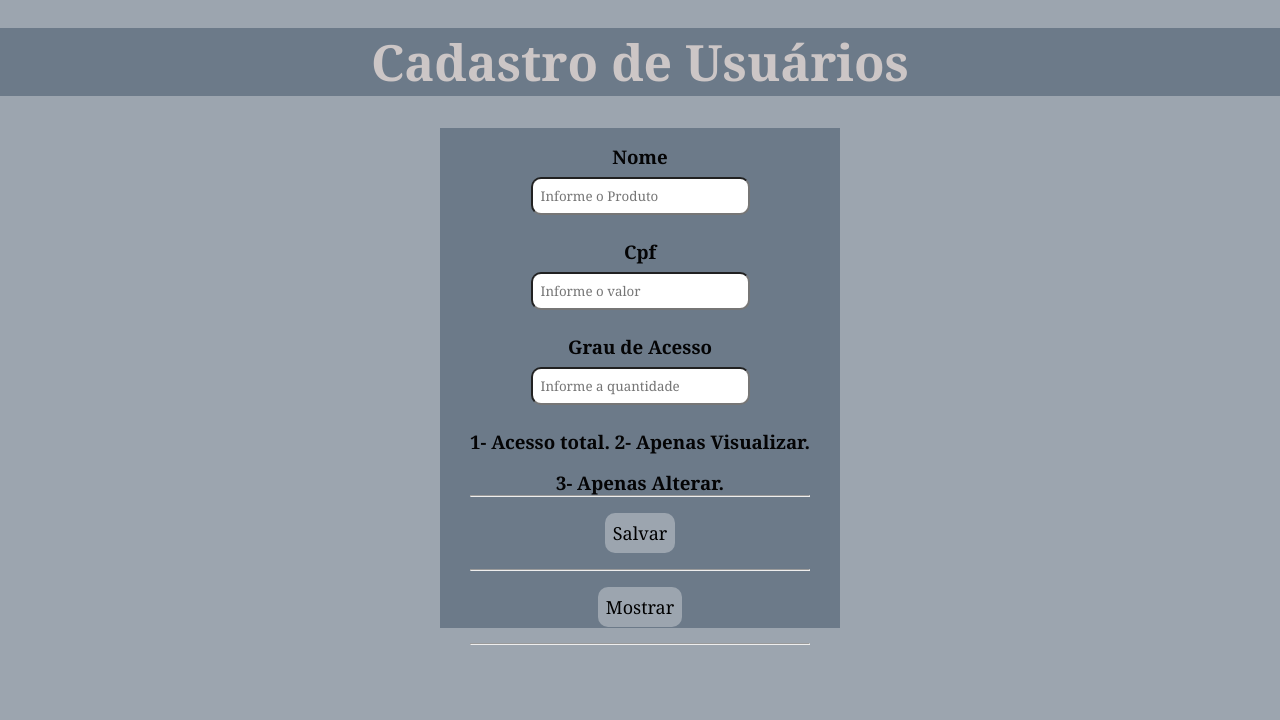
Repository: ArthurKJun/ProjetoCantinaEclipse
Page: http://localhost/arsan/cadastroUsuario.jsp
The author's editor kept a copy of each file at every save. The page is drawn from the files as they stood at one save, then again after the next save.
The browser window is 1280 px wide. The pictures show the whole page.
The page is served by Tomcat 9. Other server files are loaded and not shown.

Above is the page before, as saved 2023-11-03 21:37:08.

### arsan/src/main/webapp/cadastroUsuario.jsp
<%@ page language="java" contentType="text/html; charset=ISO-8859-1"
	pageEncoding="ISO-8859-1"%>
<!DOCTYPE html>
<html>
<head>

<meta charset="ISO-8859-1">

<link rel="stylesheet" href="./Estilos/style.css">

<title>Cadastro de Usuários</title>

</head>
<body>

	<div class="container-geral-4">

		<h1>Cadastro de Usuários</h1>

		<div class="container-porta-cards-cad">



			<div class="inputs-cadastro">

				<form action="gravarProduto.jsp?editar=no" method="POST">

					<h3>Nome</h3>
					<input type="text" id="nome" name="nome"
						placeholder="Informe o Produto">
					<h3>Cpf</h3>
					<input type="text" id="preco" name="preco"
						placeholder="Informe o valor">
					<h3>Grau de Acesso</h3>
					<input type="number" id="quant" name="quantidade"
						placeholder="Informe a quantidade">

					<h3>1- Acesso total.  2- Apenas Visualizar.</h3>
					<h3>3- Apenas Alterar.</h3>
					<hr>
					<button onclick="Validar()">Salvar</button>
					<hr>
				</form>

				<input
						style="padding: 0.5rem; margin: 1rem; font-size: large; background-color: #9ca5af; border: none; border-radius: 10px;"
						type="button"
						onclick="document.location.href='<%="showProduto.jsp"%>'"
						value="Mostrar">

				<hr>
			</div>

		</div>

	</div>

	<script>

    function validar(){
    	event.preventDefault();

    	let nome = document.getElementById('nome')
    	if(nome.value == ''){
    		alert('Informe nome')
    		nome.focus()
    		return
    	}

    	let preco = document.getElementById('preco')
    	if(preco.value == ''){
    		alert('Informe valor do produto')
    		preco.focus()
    		return
    	}

    	let  quantidade = document.getElementById('quantidade')
    	if(quantidade.value == ''){
    		alert('Informe quantidade')
    		quantidade.focus()
    		return
    	}


    	document.getElementsByTagName('form')[0].submit()
    }

    </script>

</body>
</html>

### arsan/src/main/webapp/Estilos/style.css
*{
    margin: 0;
    padding: 0;
    box-sizing: border-box;
    font-family: Georgia;

}

body{
    display: flex;
    flex-wrap: wrap;
}

.container-geral{

    width: 100vw;
    height: 100vh;
    background: #6c7a89;
    display: flex;
    flex-direction: row;
    justify-content: center;
    align-items: center;

}
.logo-container{

    display: flex;
    position: absolute;
    top: 40%;
    flex-direction: column;
}

.logo-container img{
    padding: 1rem;
    border-radius: 50%;
    height: 400px;
}

#form-container{
    display: flex;
    position: absolute;
    flex-direction: column;
    flex-wrap: wrap;
    top: 5%;
}

#register-form{

    border: 2px solid white;
    padding: .7rem;
    align-items: center;
    display: flex;
    flex-direction: column;
    font-size: larger;
}

#register-form h3{
    margin-bottom: 20px;
}

#register-form input{

    padding: 0.8rem 0.6rem;
    border: none;
    border-radius: 5px;
    margin-bottom: 10px;
}

#register-form input[type="submit"]{
    background-color: transparent;
    color: #fff;
    border: 2px solid #fff;
    font-size: 1.1rem;
    font-weight: bold;
    cursor: pointer;
    transition: .4s;
}

#register-form input[type="submit"]:hover{
    background-color: #fff;
    color: black;
}

/*---------------------------------------------------------*/
/* tela de entrada */

h1{
    background-color: #6c7a89;
    width: 100%;
    text-align: center;
    font-size: 50px;
    color: rgb(204, 198, 198);
}

.container-porta-cards{

    background-color: #475061;
    display: flex;
    width: 535px;
    height: 550px;
    border: 2px solid white;
    flex-wrap: wrap;
    align-items: center;
    padding: 1rem;
    margin-top: 2rem;

}

.card{

    background-color: #9ca5af;
    display: flex;
    padding: .5rem;
    margin: .5rem;
    width: 150px;
    height: 150px;
    border: 2px solid white;
    flex-direction: column;
    text-align: center;
    align-items: center;
    transition: .4s;

}

.container-porta-cards-2 :active{
    background-color: aqua;
}



.container-porta-cards :hover{

    background-color: #6c7a89;
    cursor: pointer;
}

.card img{

    margin-top: 10px;
    width: 100px;
    height: 100px;
    border-radius: 20%;
    transition: .4s;
}

#venda{

    width: 480px;
    height: 150px;
}

.container-geral-entrada{

    width: 100vw;
    height: calc(100vh + 200px);
    background: #9ca5af;
    display: flex;
    flex-direction: row;
    justify-content: center;


}

/* area de vendas */

.container-porta-cards-2{

    flex: 1.4;
    background-color: #475061;
    border: 2px solid white;
    flex-wrap: wrap;
    align-items: center;
    padding: 1rem;
    display: flex;
}

.container-porta-cards-2 :hover{

    background-color: #6c7a89;
    cursor: pointer;
}

.container-lista-vendas{
    height: 36.9rem;
    margin-right: 2rem;
    margin: 1rem;
    flex: 1;
    background-color: #475061;
    border: 2px solid white;
    flex-wrap: wrap;
    position: relative;
    padding: 1rem;
}

.container-geral-3{

    gap: 1rem;
    width: 100vw;
    height: 100vh;
    background: #9ca5af;
    display: flex;
    flex-direction: row;
    justify-content: center;
    align-items: center;

}

table{

    margin-top: 1rem;
    position: absolute;
    margin-left: 2rem;

}
table th {

    padding: .5rem;
    width: 200px;
    background-color: #6c7a89;
    border-radius: 10px;

}

table td{
    text-align: center;
    padding: 0.5rem;
    background-color: #6c7a89;
    border-radius: 10px;
}

.bExcluir{
    background-color: transparent;
}

.excluir{
    background-color: transparent;
    border-radius: 5px;
}

.excluir img{
    width: 1rem;
}

tfoot td{
    font-weight: bold;

}

/* tela cadastro cliente */

.container-geral-4{

    width: 100vw;
    height: 100vh;
    background: #9ca5af;
    flex-direction: column;
    justify-content: center;
    align-items: center;
    display: flex;

}

.inputs-cadastro{


    flex: 1;
    text-align: center;

}

.inputs-cadastro input{

    padding: 0.5rem;
    margin: 0.5rem;
    border-radius: 10px;

}

.inputs-cadastro h3{

    margin-top: 1rem;


}

.inputs-cadastro button{

    padding: 0.5rem;
    margin: 1rem;
    font-size: large;
    background-color: #9ca5af;
    border: none;
    border-radius: 10px;

}

.inputs-cadastro button:hover{

    background-color: #fff;
    color: black;
    cursor: pointer;
}

.inputButton:hover{

    background-color: #fff;
    color: black;
    cursor: pointer;
}

.container-porta-cards-cad{

    background-color: #6c7a89;
    width: 400px;
    height: 500px;
    color:#040405;
    justify-items: center;
    margin-top: 2rem;

}

.cliente{

    background-color: #9ca5af;
    margin: 1rem;
    border-radius: 5px;

}

a{
    text-decoration: none;
    color: #040405;
}

.container-geral-4 h1{

    margin-top: -4rem;

}

.produto{

    background-color: #9ca5af;
    margin: 1rem;
    border-radius: 5px;
}

.container-porta-cards-cad-fornecedor{

    background-color: #6c7a89;
    width: 400px;
    height: 500px;
    color:#040405;
    justify-items: center;
    margin-top: 1rem;
}

.inputs-cadastro-for{

    flex: 1;
    text-align: center;

}

.inputs-cadastro-for input{

    padding: 0.5rem;
    margin: 0.5rem;
    border-radius: 10px;
}

.inputs-cadastro-for button{

    padding: 0.5rem;
    margin: .5rem;
    font-size: large;
    background-color: #9ca5af;
    border: none;
    border-radius: 10px;

}

.inputs-cadastro-for button:hover{

    background-color: #fff;
    color: black;
    cursor: pointer;
}

.fornecedor{
    background-color: #9ca5af;
    margin: 1rem;
    border-radius: 5px;
}

After the next save:
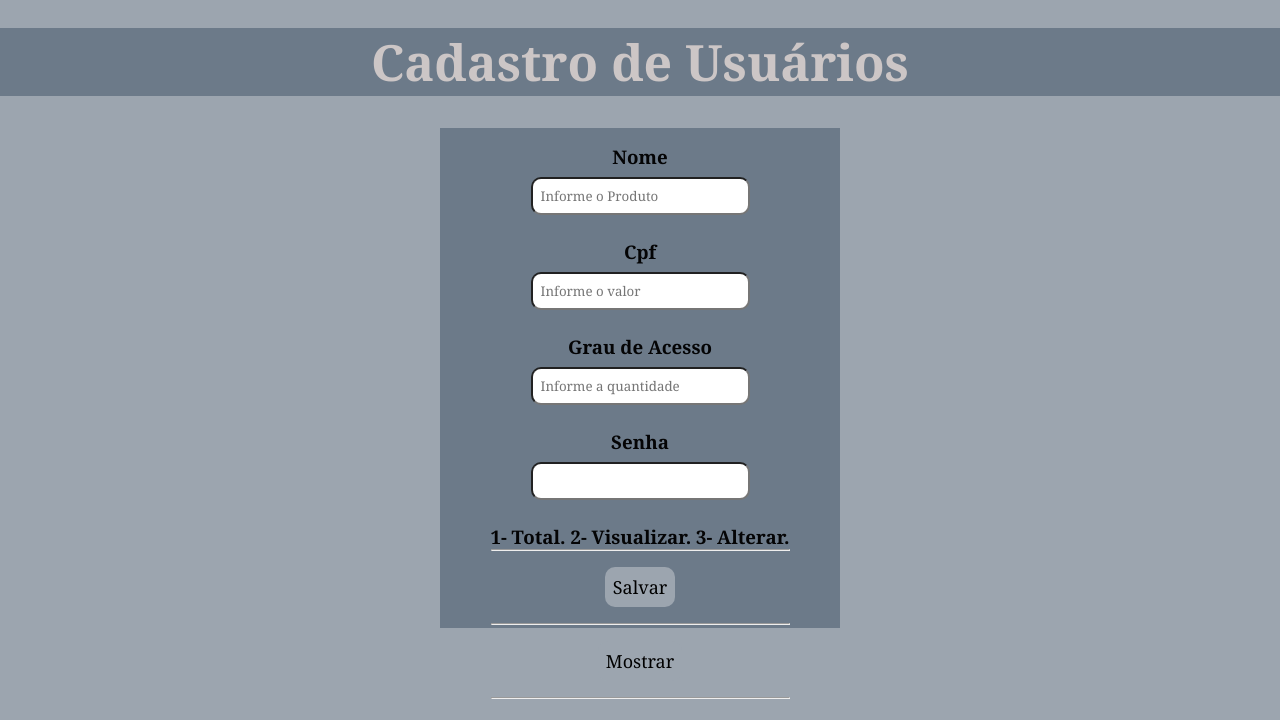
Saved 2 min 21 s later.
--- a/arsan/src/main/webapp/cadastroUsuario.jsp
+++ b/arsan/src/main/webapp/cadastroUsuario.jsp
@@ -34,9 +34,10 @@
 					<h3>Grau de Acesso</h3>
 					<input type="number" id="quant" name="quantidade"
 						placeholder="Informe a quantidade">
+					<h3>Senha</h3>
+					<input type="password" id="senha" name="senha">
+					<h3>1- Total.  2- Visualizar. 3- Alterar.</h3>
 
-					<h3>1- Acesso total.  2- Apenas Visualizar.</h3>
-					<h3>3- Apenas Alterar.</h3>
 					<hr>
 					<button onclick="Validar()">Salvar</button>
 					<hr>
